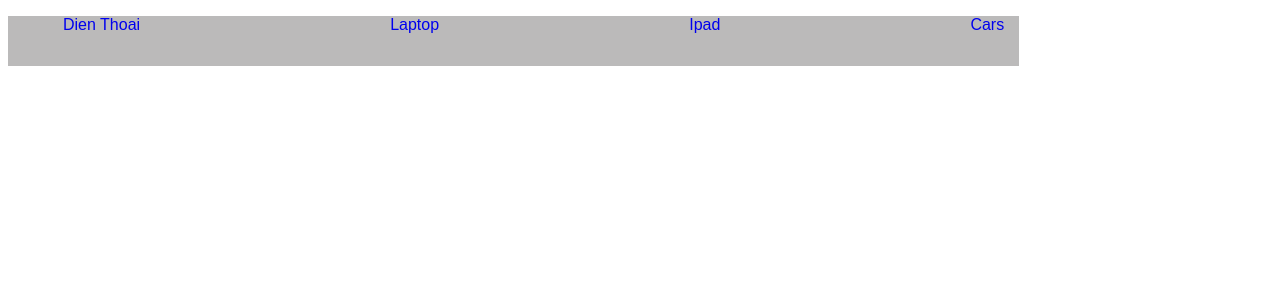
Repository: nvngon2604/Git
Page: web/index.html
The author's editor kept a copy of each file at every save. The page is drawn from the files as they stood at one save, then again after the next save.
The browser window is 1280 px wide. The pictures show the whole page.
Some web libraries are served in a nearby version.

Above is the page before, as saved 2020-05-10 10:29:18.

After the next save:
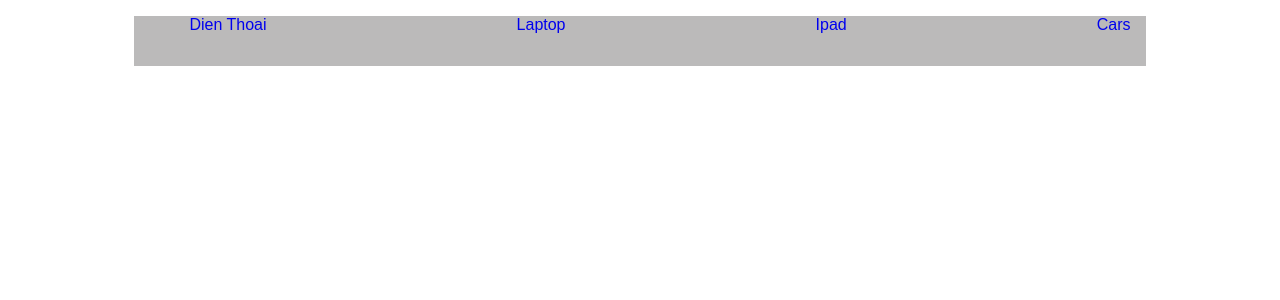
Saved 15 s later.
--- a/web/web.css
+++ b/web/web.css
@@ -4,7 +4,8 @@
 .container header{
     width: 80%;
     height: 50px;
-    background-color: rgb(187, 186, 186)
+    background-color: rgb(187, 186, 186);
+    margin: 0 auto
 }
 .container header ul{
     list-style: none;
